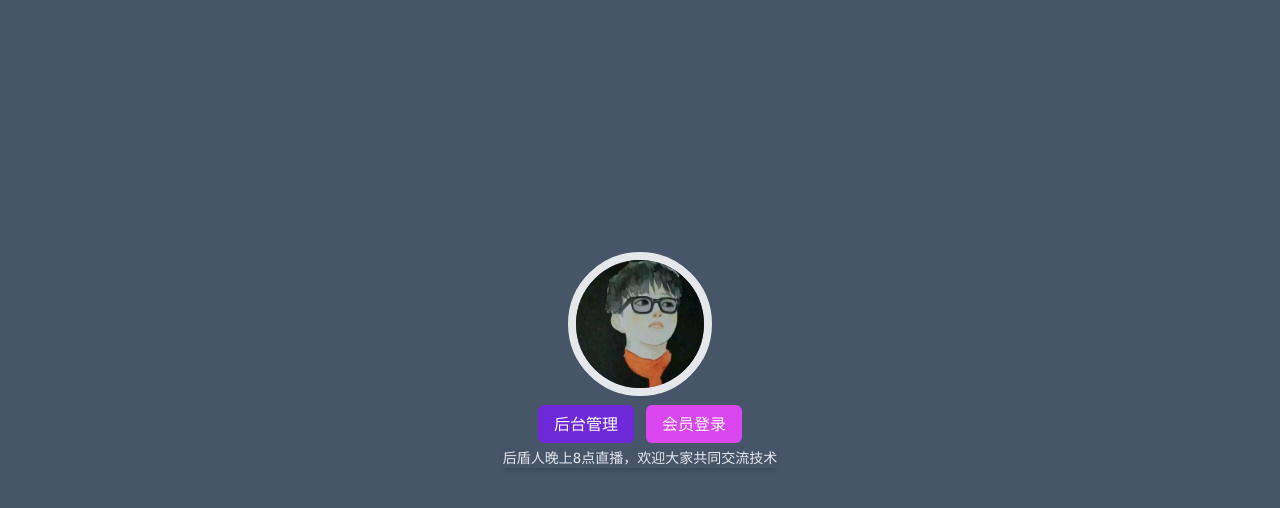
Repository: liangyingbo/vite-vue-TS
Page: /#/home
The author's editor kept a copy of each file at every save. The page is drawn from the files as they stood at one save, then again after the next save.
The browser window is 1280 px wide. The pictures show the whole page.
The project was rebuilt for these pictures with package versions that can differ from the ones it lists, and the page was loaded fresh each time. Also part of the build but not shown: vite.config.ts, src/components/form/HdButton.vue, src/components/form/HdInput.vue, src/components/form/hdLink.vue.

Above is the page before, as saved 2022-11-16 22:26:32.

After the next save:
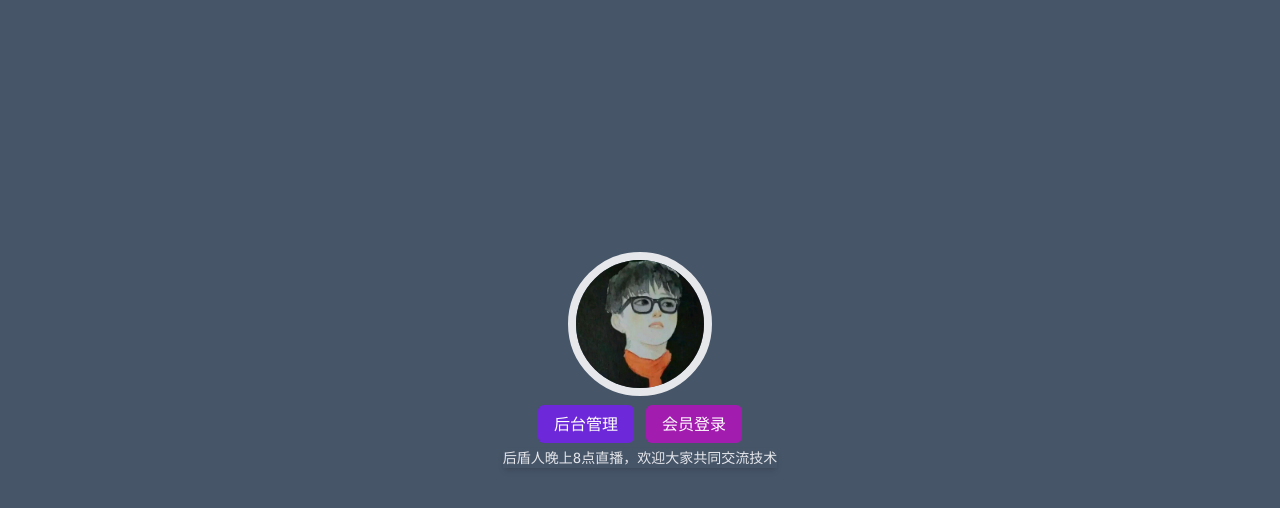
Saved 4 s later.
--- a/src/styles/global.scss
+++ b/src/styles/global.scss
@@ -9,6 +9,6 @@
   .hd-button {
     @apply bg-violet-700 text-white px-4 py-2 rounded-md hover:bg-violet-500 duration-300;
     &.hd-danger{
-      @apply bg-fuchsia-500  hover:bg-fuchsia-500 duration-300
+      @apply bg-fuchsia-700  hover:bg-fuchsia-500 duration-300
     }
   }
